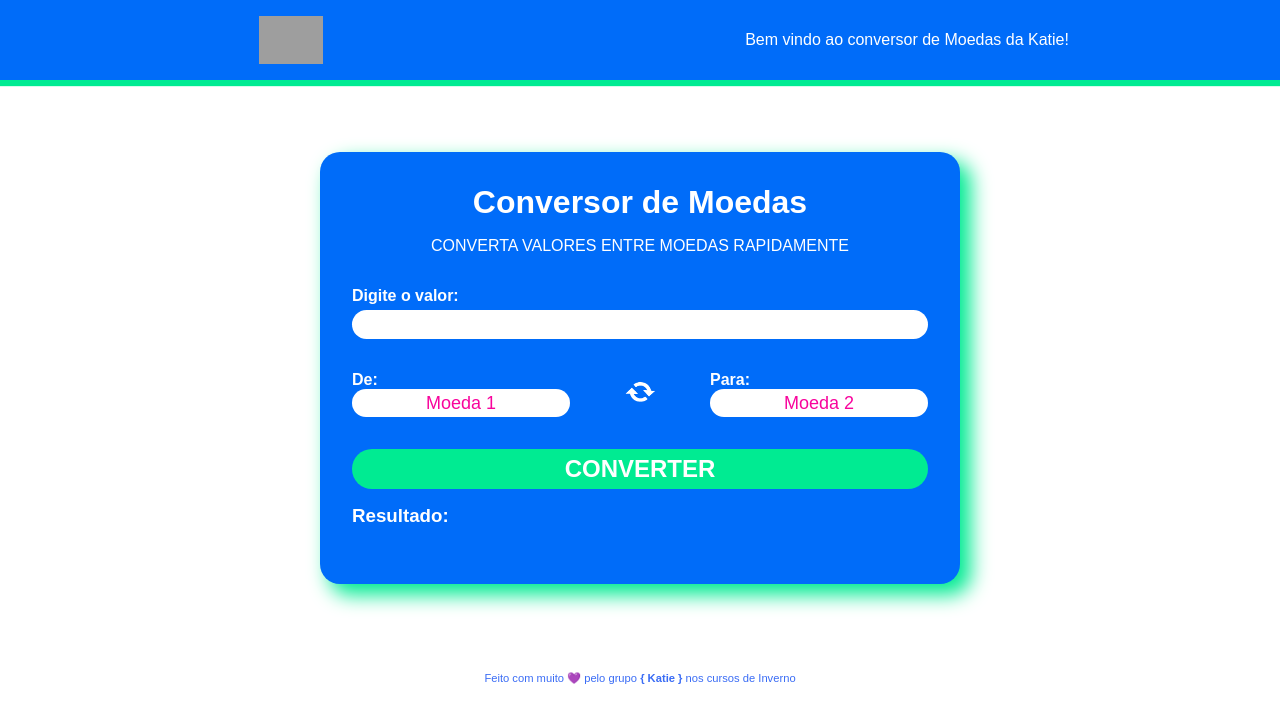
Repository: willamesalmeida/Conversor-de-Moedas
Page: index.html
These files come from the project's save history. The page is drawn as it stood at one moment and after the next save; the edit follows.
The browser window is 1280 px wide. The pictures show the whole page.
Pictures or frames that could not be fetched are drawn as grey boxes.

Above is the page before, as saved 2022-08-07 20:56:23.

### index.html
<!DOCTYPE html>
<html lang="pt-br">
<head>
    <meta charset="UTF-8" />
    <meta name="viewport" content="width=device-width, initial-scale=1.0">
    <link rel="stylesheet" href="./global.css">
    <link rel="stylesheet" href="./styles.css">
    <title>Conversor de moedas KATIE</title>
</head>
<body class="bg">
    <script src="script.js"></script>

    <header class="cabecalho">
        <img class="gif-katie" src="https://ic.ufal.br/extensao/katie/resources/logoanim.gif"/>
        <p class="saudacao">Bem vindo ao conversor de Moedas da Katie!</p>
    </header>
    <main class="container">
        <section class="card">
            <header>
                <h2 class="titulo">Conversor de Moedas</h2>
                CONVERTA VALORES ENTRE MOEDAS RAPIDAMENTE
            </header>

            <section class="valor">
                <label>Digite o valor:</label>
                <input type="number" id="valor_inicial">
            </section>

            <section class="conversao">
                <div  class="converter-de">
                    <label>De:</label>
                    <select name="moedasde" id="moedasde">
                        <option value="Moeda 1">Moeda 1</option>
                        <option value="USD">Dolar Americano</option>
                        <option value="BRL">Real Brasileiro</option>
                        <option value="EUR">Euro</option>
                        <option value="BGP">Libra esterlina</option>
                      </select>
                </div>
                <div class = "icone-conversor">
                    <img src="./conversor.png" width="60px" alt="icone de conversão">
                </div>
                <div class="converter-para">
                    <label>Para:</label>
                    <select name="moedaspara" id="moedaspara">
                        <option value="Moeda 2">Moeda 2</option>
                        <option value="USD">Dolar Americano</option>
                        <option value="BRL">Real Brasileiro</option>
                        <option value="EUR">Euro</option>
                        <option value="BGP">Libra esterlina</option>
                      </select>
                </div>

            </section>
            <button type="submit" onclick="Converter()">CONVERTER</button>
            <h3>Resultado:</h3>
            <span id="resultado" class="resultado"></span>

        </section>

    </main>
    <footer>
        Feito com muito &#128156 pelo grupo <strong>{ Katie }</strong> nos cursos de Inverno
    </footer>


</body>
</html>

### global.css
@import url('https://fonts.googleapis.com/css2?family=Roboto+Flex:opsz,wght@8..144,400;8..144,500&family=Roboto:ital,wght@0,100;0,300;0,400;0,500;0,700;0,900;1,100;1,300;1,400;1,500;1,700;1,900&display=swap');
:root {
  --rosa-katie: #f8049c;
  --amarelo-katie: #fdd54f;
  --rosa-claro: #EF5AA7;
  --branco:  #ffffff;
  --grey2: #EBEBF3;
  --cinza-katie: #1f1f24;
  --blue: #3A6CF5;
  /*
  --red:#FF0000;
  --gray:#E8E8E8;
  --greendark:#007560;
  --greenlight:#27EDC4;
  --greenciano:#51EFD0;
  */
  --azul:#006CF9;
  --greengreen:#00EB92;
}

* {
  margin: 0;
  padding: 0;
  box-sizing: border-box;
}

body {
  font-family: 'Roboto ', sans-serif;
  font-family: 'Roboto Flex ', sans-serif;
  color: #ffffff;
  background-color: var(--gray);

}
.gb{
  background-image: url("./back.jpg");
  background-repeat: no-repeat;
  background-size: cover;
  background-position: center;
  background-attachment: fixed;
}

### styles.css
.cabecalho {
  background: var(--azul);
  padding: 1rem 0;
}

.gif-katie {
  margin-left: 3rem;
  height: 3rem;
}
.cabecalho{
  display: flex;
  align-items: center;
  justify-content: space-around;
  box-shadow: 1px 1px 1px 5px var(--greengreen)
}

.saudacao {
  text-align: center;

}

.container {
  padding: 2.5rem 1rem;
}

.card {
  background: var(--azul);
  width: 40rem;
  height: 27rem;
  border-radius: 20px;
  padding: 2rem;
  margin: 2rem auto;
  box-shadow: 10px 10px 20px 1px var(--greengreen)
}

header h2 {
  font-size: 2rem;
}

.titulo {
  margin-bottom: 1rem;
}

.card header {
  text-align: center;
}

.valor {
  margin: 2rem 0;
  display: flex;
  flex-direction: column;
}

label {
  font-size: 1rem;
  font-weight: bold;
  margin-bottom: 0.3rem;
}

input,
select {
  -webkit-appearance: none;
  -moz-appearance: none;
  appearance: none;
  border: none;
  border-radius: 2rem;
  height: 1.8rem;
  width: 100%;
  background: var(--branco);
  color: var(--rosa-katie);
  outline: none;
  font-size: 18px;


}
select{
  text-align: center;
}
input {
    padding: 0.8rem;
}

.conversao {
    width: 100%;
    margin: 2rem 0;
    display: flex;
    flex-direction: row;
    justify-content: center;
    align-items: center;
  }

.converter-de,
.converter-para {
  width: 100%;
}

.converter-de {
  margin-right: 2.5rem;
}

.converter-para {
  margin-left: 2.5rem;
}

button {
  background: var(--greengreen);
  border: none;
  border-radius: 2rem;
  width: 100%;
  height: 2.5rem;
  cursor: pointer;
  color: var(--branco);
  font-weight: bold;
  font-size: 1.5rem;
  transition: 0.5s;
  margin-bottom: 1rem;
}

#resultado {
    font-weight: bold;
    color: var(--amarelo-katie);
    font-size: 1.2rem;
    text-align: center;

}

button:hover {
  filter: brightness(0.8);
}

footer {
    margin: 1rem 0;
    color: var(--blue);
    font-size: 0.70rem;
    text-align: center;
}

### script.js
function Converter() {
  let input = parseFloat(document.getElementById("valor_inicial").value);
  let output = document.getElementById("resultado");
  let de = document.getElementById("moedasde");
  let para = document.getElementById("moedaspara");

  if (isNaN(input)) {
    output.innerHTML =
      "Por favor, adicione um valor para converter e selecione as moedas!";
  } else {
    if (de.value == "BRL" && para.value != "para") {
      let valorEmReais = input;
      let valor;
      if (para.value == "BRL") {
        valor = "O valor em reais é: R$" + valorEmReais.toFixed(2);
      } else if (para.value == "EUR") {
        valor = "O valor em euros é: €" + (valorEmReais * 0.1885).toFixed(2);
      } else if (para.value == "USD") {
        valor = "O valor em dólar é: $" + (valorEmReais * 0.1917).toFixed(2);
      }else if(para.value == "BGP"){
        valor = "O valor em libra é: £" + (valorEmReais * 0.16).toFixed(2);
      }
      output.innerHTML = valor;
    }


    else if (de.value == "EUR" && para.value != "Moeda 2") {
      let valorEmEuros = input;
      let valor;

      if (para.value == "EUR") {
        valor = "O valor em euros é: €" + valorEmEuros.toFixed(2);
      } else if (para.value == "USD") {
        valor = "O valor em dólar é: $" + (valorEmEuros * 1.0167).toFixed(2);
      } else if (para.value == "BRL") {
        valor = "O valor em reais é: R$" + (valorEmEuros * 5.303).toFixed(2);
      }else if(para.value == "BGP"){
        valor = "O valor em libra é: £" + (valorEmEuros * 0.84).toFixed(2)
      }
      output.innerHTML = valor;
    }


    else if (de.value == "USD" && para.value != "Moeda 2") {
      let valorEmDolar = input;
      let valor;

      if (para.value == "USD") {
        valor = "O valor em dólar é: $" + valorEmDolar.toFixed(2);
      } else if (para.value == "BRL") {
        valor = "O valor em dólar é: R$" + (valorEmDolar * 5.16).toFixed(2);
      } else if (para.value == "EUR") {
        valor = "O valor em dólar é: €" + (valorEmDolar * 0.9832).toFixed(2);
      }else if(para.value == "BGP"){
        valor = "O valor em libra é: £" + (valorEmDolar * 0.83).toFixed(2)
      }
      output.innerHTML = valor;
    }


    else if(de.value == "BGP" && para.value != "Moeda 2"){
      let valorEmLibra = input;
      let valor;

      if( para.value == "BGP"){
        valor = "O valor em libra é: £" + valorEmLibra.toFixed(2);
      }else if(para.value =="USD"){
        valor = "O valor em dólar é: $" + (valorEmLibra * 1.21).toFixed(2);
      }else if(para.value == "BRL"){
        valor = "O valor em reais é: R$" + (valorEmLibra * 6.23).toFixed(2);
      }else if(para.value == "EUR"){
        valor = "O valor em euros é: €" + (valorEmLibra * 1.19).toFixed(2);
      }
      output.innerHTML = valor;
    }
    else {
      output.innerHTML = "";
    }
  }
}

After the next save:
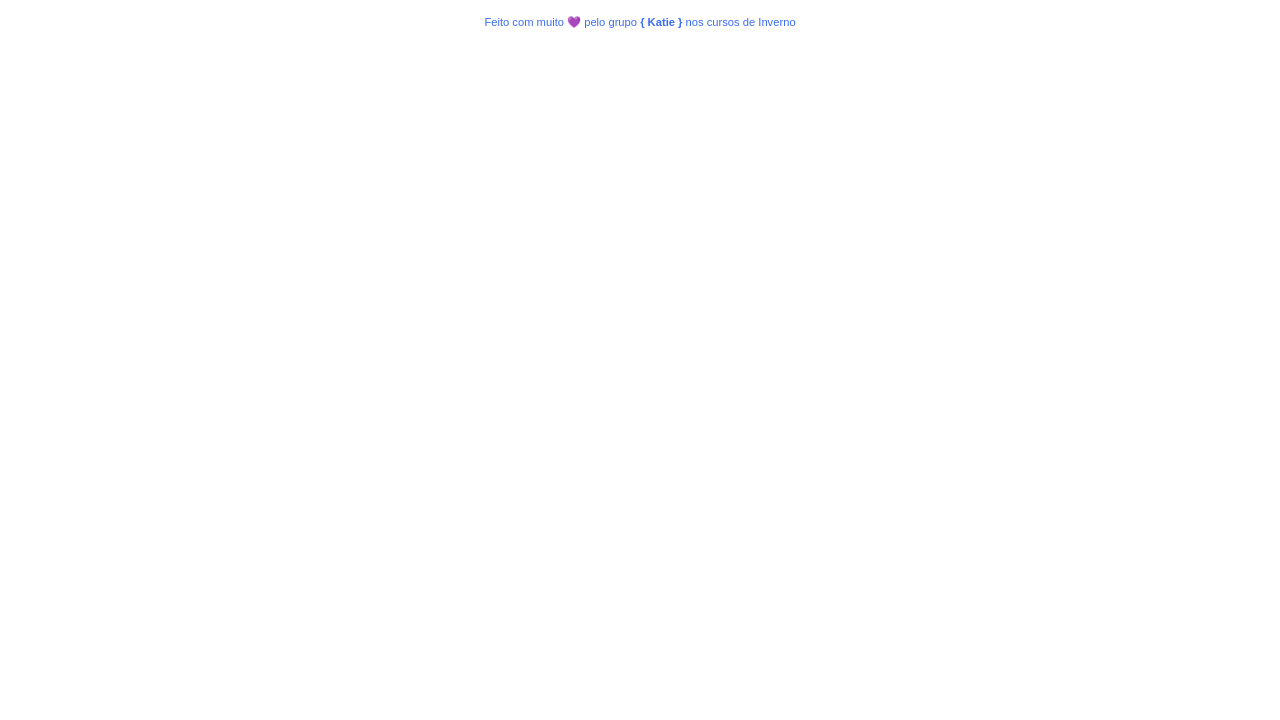
Saved 37 s later.
--- a/index.html
+++ b/index.html
@@ -10,7 +10,7 @@
 <body class="bg">
     <script src="script.js"></script>
 
-    <header class="cabecalho">
+    <!-- <header class="cabecalho">
         <img class="gif-katie" src="https://ic.ufal.br/extensao/katie/resources/logoanim.gif"/>
         <p class="saudacao">Bem vindo ao conversor de Moedas da Katie!</p>
     </header>
@@ -56,7 +56,7 @@
             <h3>Resultado:</h3>
             <span id="resultado" class="resultado"></span>
 
-        </section>
+        </section> -->
 
     </main>
     <footer>

After the save that followed:
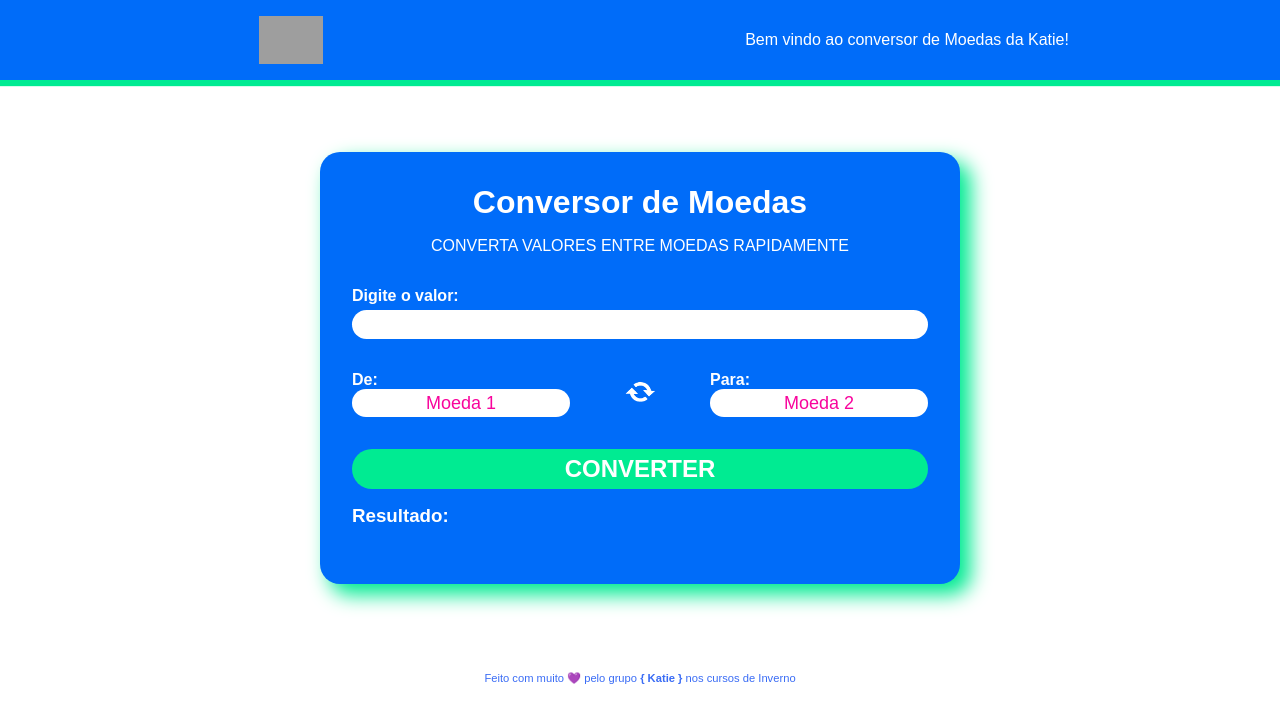
Saved 6 s later.
--- a/index.html
+++ b/index.html
@@ -10,7 +10,7 @@
 <body class="bg">
     <script src="script.js"></script>
 
-    <!-- <header class="cabecalho">
+    <header class="cabecalho">
         <img class="gif-katie" src="https://ic.ufal.br/extensao/katie/resources/logoanim.gif"/>
         <p class="saudacao">Bem vindo ao conversor de Moedas da Katie!</p>
     </header>
@@ -56,7 +56,7 @@
             <h3>Resultado:</h3>
             <span id="resultado" class="resultado"></span>
 
-        </section> -->
+        </section>
 
     </main>
     <footer>
